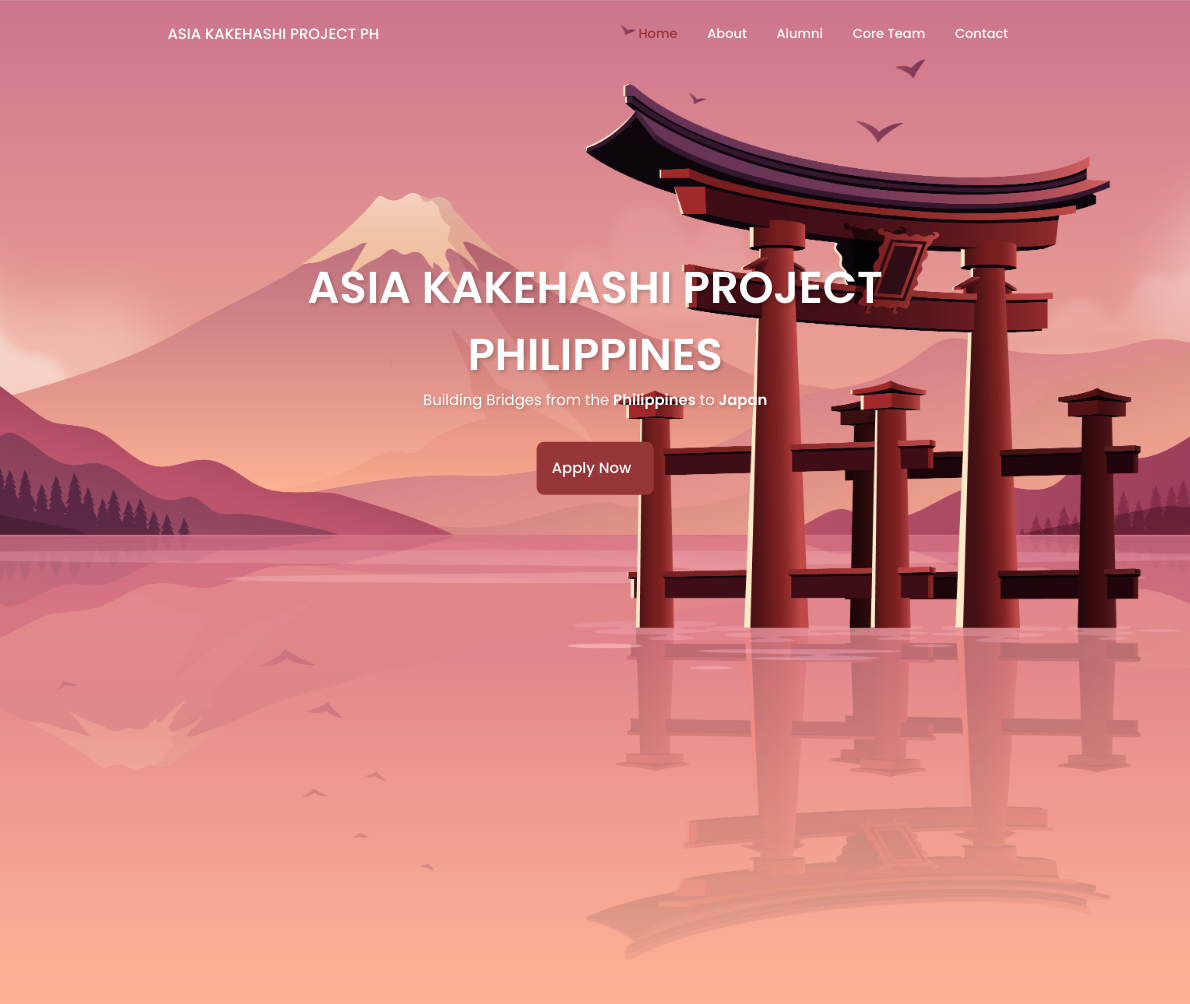
Repository: Aishie123/AKP-PH
Page: index.html
An editor plug-in stored every save of this project. The page is shown before and after the next save, followed by the edit.
The browser window is 1280 px wide. The pictures show the whole page, at 93% of full size.
Some icons come from a web library that is not loaded, so they are not drawn.

Above is the page before, as saved 2024-02-18 00:09:50.

After the next save:
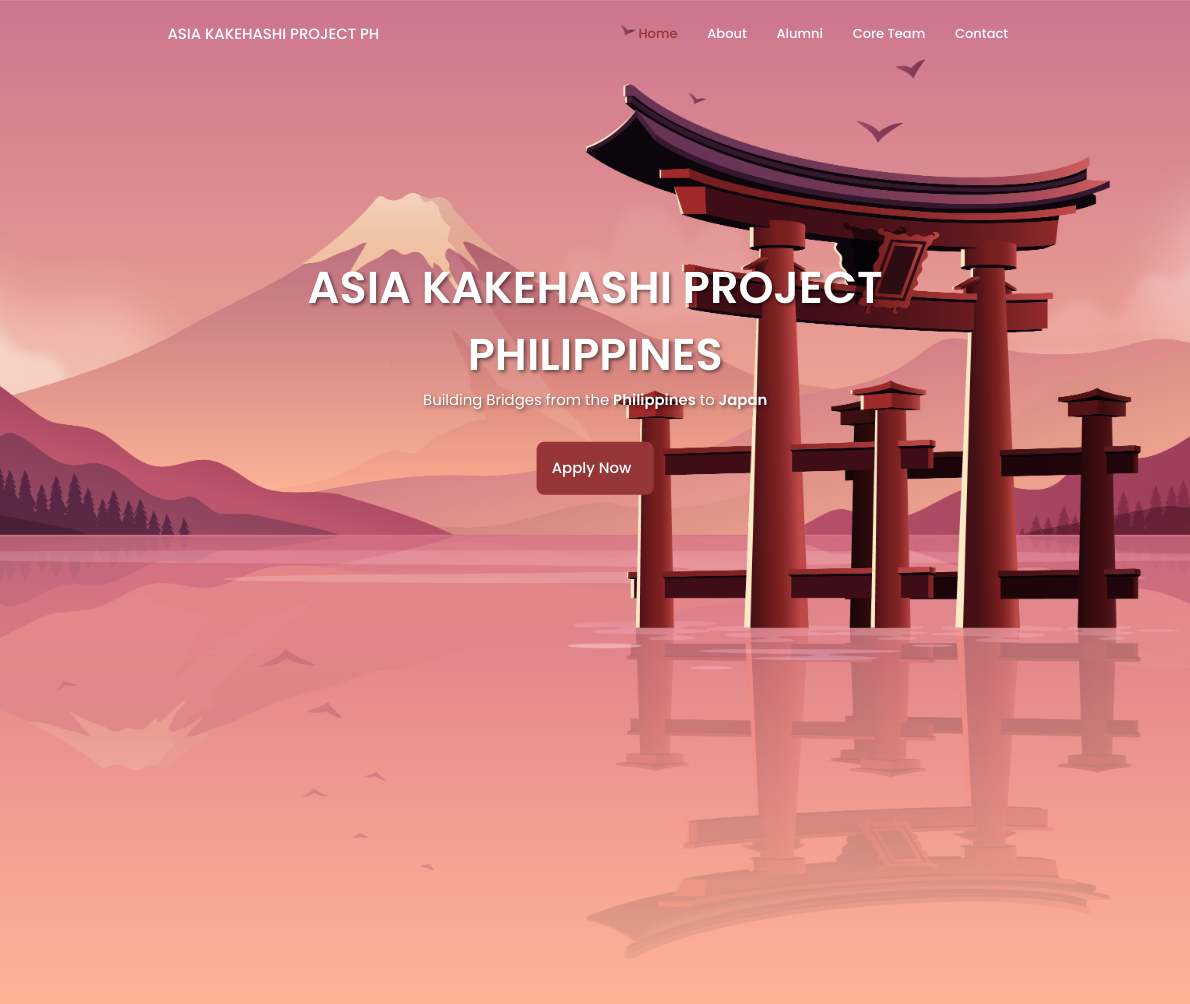
Saved 24 s later.
--- a/assets/css/styles.css
+++ b/assets/css/styles.css
@@ -328,7 +328,7 @@
   .home__title{
     font-size: var(--big-font-size);
     text-align: center;
-    text-shadow: 2px 2px 4px rgba(0, 0, 0, 0.2); /* Adjust the shadow properties as needed */
+    text-shadow: 2px 2px 4px rgba(0, 0, 0, 0.5); /* Adjust the shadow properties as needed */
   }
 
   .home__subtitle{
@@ -341,7 +341,7 @@
   .home__description{
     text-align: center;
     margin-bottom: var(--mb-2);
-    text-shadow: 2px 2px 4px rgba(0, 0, 0, 0.2); /* Adjust the shadow properties as needed */
+    text-shadow: 2px 2px 4px rgba(0, 0, 0, 0.5); /* Adjust the shadow properties as needed */
   }
 
   .home__scroll{
